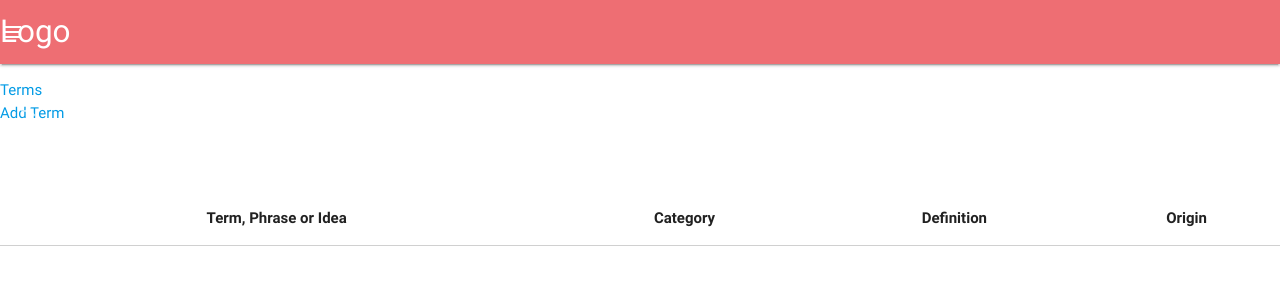
Repository: kalkiboru111/irish-dictionary-of-received-ideas
Page: http://localhost/get_terms
The author's editor kept a record of every edit. The page is drawn from the files as they stood at one moment, then again after the next edit.
The browser window is 1280 px wide. The pictures show the whole page.
Some web libraries are served in a nearby version. The page is served by the project's application, run on Flask 3 (app.py). Queries for data that is not in the repository find no rows.

Above is the page before.
Console error: TypeError: $(...).sidenav is not a function

### templates/terms.html

{% extends 'base.html' %}
{% block content %}

    <table class="highlight centered responsive-table">
        <thead>
          <tr>
              <th>Term, Phrase or Idea</th>
              <th>Category</th>
              <th>Definition</th>
              <th>Origin</th>
          </tr>
        </thead>
        <tbody>
        {% for term in terms %}
          <tr>
            <td>{{term.term_name}}</td>
            <td>{{term.term_category}}</td>
            <td>{{term.term_definition}}</td>
            <td>{{term.term_origin}}</td>
          </tr>
         {% endfor %}
        </tbody>
    </table>

{% endblock %}

### templates/base.html
<!DOCTYPE html>
<html>

<head>
    <link href="https://fonts.googleapis.com/icon?family=Material+Icons" rel="stylesheet">
    <link rel="stylesheet" href="https://cdnjs.cloudflare.com/ajax/libs/materialize/0.100.2/css/materialize.min.css">
    <link rel="stylesheet" href="{{url_for('static', filename='css/style.css')}}" type="text/css" />
</head>

<body>
    <nav>
        <div class="nav-wrapper">
            <a href="#!" class="brand-logo">Logo</a>
            <a href="#" data-target="mobile-demo" class="sidenav-trigger"><i class="material-icons">menu</i></a>
            <form>
                <div class="input-field">
                    <input id="search" type="search" required>
                    <label class="label-icon" for="search"><i class="material-icons">search</i></label>
                    <i class="material-icons">close</i>
                </div>
            </form>
            <ul class="right hide-on-med-and-down">
                <li><a href="terms.html">Terms</a></li>
                <li><a href="add_term.html">Add Term</a></li>
            </ul>
        </div>
    </nav>
    <ul class="sidenav" id="mobile-demo">
        <li><a href="terms.html">Terms</a></li>
        <li><a href="add_term.html">Add Term</a></li>
    </ul>

    {% block content %} {% endblock %}
    <script src="https://cdnjs.cloudflare.com/ajax/libs/jquery/3.2.1/jquery.min.js"></script>
    <script src="https://cdnjs.cloudflare.com/ajax/libs/materialize/0.100.2/js/materialize.min.js"></script>

    <script type="text/javascript">
        $(document).ready(function() {
            $('.sidenav').sidenav();
            $('select').formSelect();
        });
    </script>
</body>

</html>

### app.py
import os
from flask import Flask, render_template, redirect, request, url_for
from flask_pymongo import PyMongo
from bson.objectid import ObjectId

app = Flask(__name__)

app.config['MONGO_DBNAME'] = 'irish_dictionary'
app.config["MONGO_URI"] = os.getenv("MONGO_URI")

mongo = PyMongo(app)

@app.route('/')

# View directs user to terms page
@app.route('/get_terms')
def get_terms():
    return render_template("terms.html", terms=mongo.db.terms.find())

@app.route('/add_task')
def add_term():
    return render_template("add_task.html")

if __name__ == '__main__':
    app.run(host=os.environ.get('IP'),
            port=int(os.environ.get('PORT')),
            debug=True)

### static/css/style.css
/* body {
    background-color: red;
} */

After the next edit:
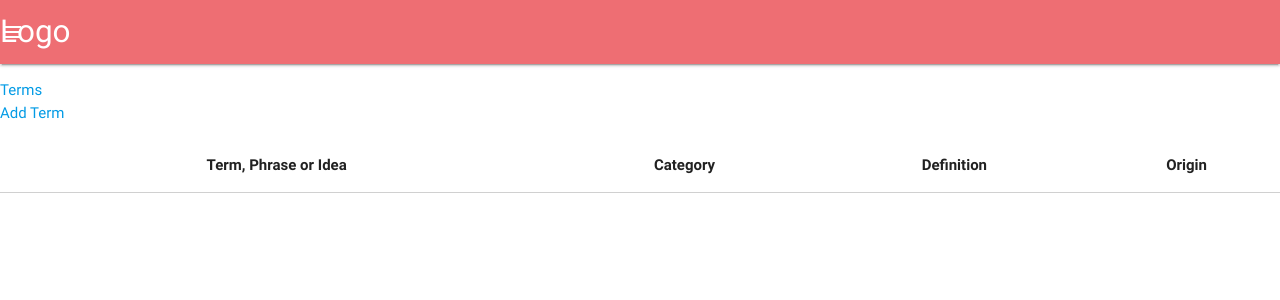
The edit:
--- a/templates/base.html
+++ b/templates/base.html
@@ -12,13 +12,7 @@
         <div class="nav-wrapper">
             <a href="#!" class="brand-logo">Logo</a>
             <a href="#" data-target="mobile-demo" class="sidenav-trigger"><i class="material-icons">menu</i></a>
-            <form>
-                <div class="input-field">
-                    <input id="search" type="search" required>
-                    <label class="label-icon" for="search"><i class="material-icons">search</i></label>
-                    <i class="material-icons">close</i>
-                </div>
-            </form>
+
             <ul class="right hide-on-med-and-down">
                 <li><a href="terms.html">Terms</a></li>
                 <li><a href="add_term.html">Add Term</a></li>
